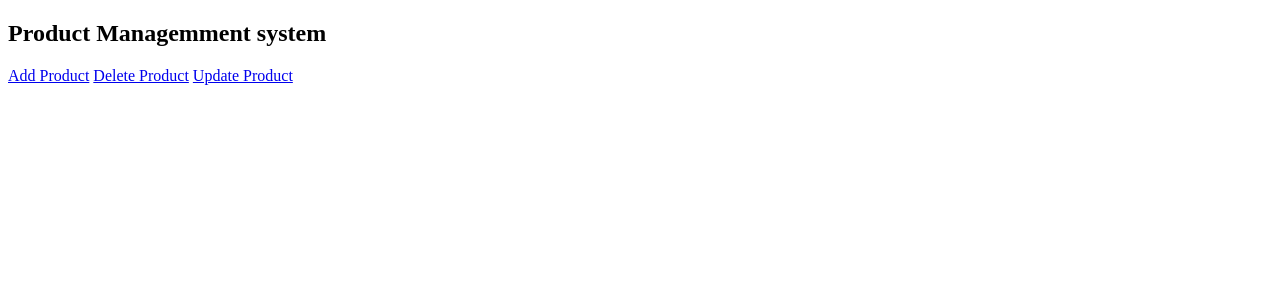
Repository: uaganesh/training
Page: ServletWithHibernate/src/main/webapp/index.html
These files come from the project's save history. The page is drawn as it stood at one moment and after the next save; the edit follows.
The browser window is 1280 px wide. The pictures show the whole page.

Above is the page before, as saved 2022-08-10 10:16:06.

After the next save:
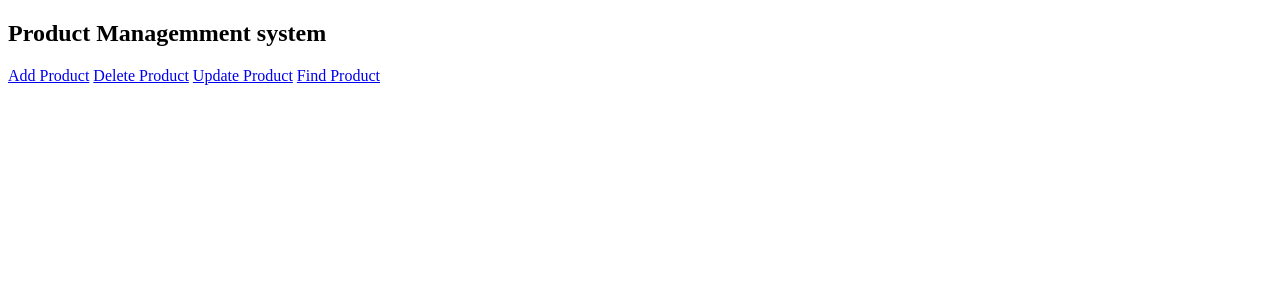
Saved 37 s later.
--- a/ServletWithHibernate/src/main/webapp/index.html
+++ b/ServletWithHibernate/src/main/webapp/index.html
@@ -9,5 +9,6 @@
 <a href="storeProduct.html">Add Product</a>
 <a href="deleteProduct.html">Delete Product</a>
 <a href="updateProduct.html">Update Product</a>
+<a href="findProduct.html">Find Product</a>
 </body>
 </html>
